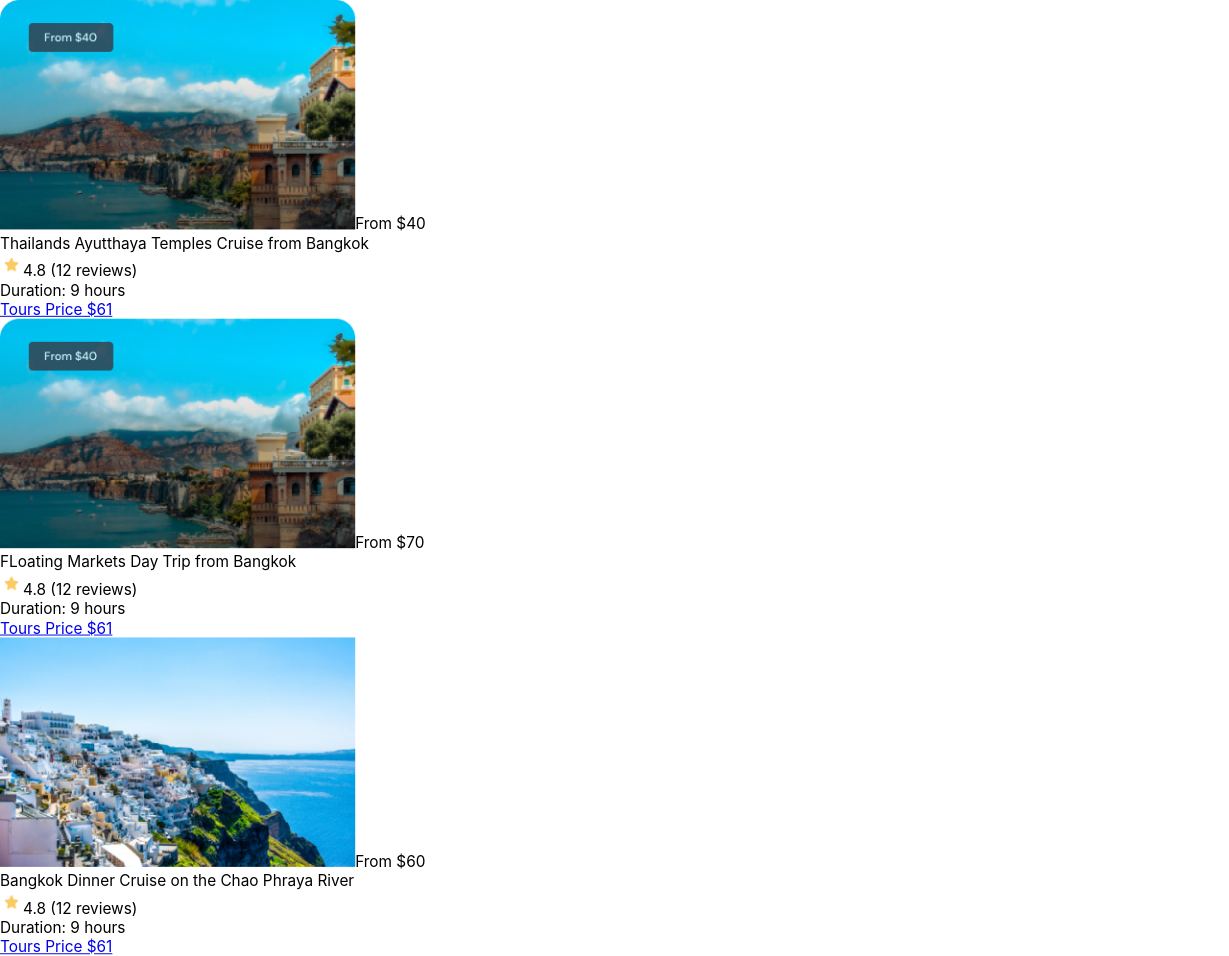
Repository: nguyentuankiet-k61/K_IT-demo
Page: index.html
The author's editor kept a copy of each file at every save. The page is drawn from the files as they stood at one save, then again after the next save.
The browser window is 1280 px wide. The pictures show the whole page, at 96% of full size.
Some web fonts or font styles are not loaded; a fallback is used.

Above is the page before, as saved 2022-09-25 11:31:05.

### index.html
<!DOCTYPE html>
<html lang="en">
<head>
    <meta charset="UTF-8">
    <meta http-equiv="X-UA-Compatible" content="IE=edge">
    <meta name="viewport" content="width=device-width, initial-scale=1.0">
    <title>HTML CSS Master</title>
    <link rel = "preconnect" href = "https://fonts.googleapis.com">
    <link rel = "preconnect" href = "https://fonts.gstatic.com" crossorigin>
    <link href = "https: //fonts.googleapis.com/css2? family = Inter: wght @ 500; 600 & display = swap "rel =" stylesheet ">
    <link rel="stylesheet" href="./CSS/app.css">
</head>
<body>
 <div class="">
    <div class="Tours">
        <div class="Tours_top">
            <img src="./image/img1.png" alt="this_is_image"/>From $40
        </div>
        <div class="Tours_content">

            <div class="Tours_titlle">Thailands Ayutthaya Temples
                Cruise from Bangkok</div>

            <div class="Tours_ratting">
                <div class="Tours_review">
                    <div class="Tours_review_count">
                        <img src="./image/img-star.png" alt="tours-ratting"/>4.8 (12 reviews)
                    </div>
                    <div class="Tours_Duration">Duration: 9 hours</div>
                </div>
            </div>
            <a href="https://www.facebook.com/kutooo" target="noopener noreferrer" class="Tours-botton">Tours Price $61</a></br>
        <div class="Tours_top">
            <img src="./image/img1.png" alt="this_is_image"/>From $70
        </div>
        <div class="Tours_content">
            <div class="Tours_titlle">
                FLoating Markets Day Trip from
                Bangkok
            </div>
            <div class="Tours_ratting">
                <div class="Tours_review_count">
                    <img src="./image/img-star.png" alt="tours-ratting"/>4.8 (12 reviews)

                </div>
                <div class="Tours_Duration">
                    Duration: 9 hours
                </div>
            </div>
            <a href="https://www.facebook.com/kutooo" target="noopener noreferrer" class="Tours_botton">Tours Price $61</a></br>
        </div>
        </div>
        <div class="Tours_top">
            <img src="./image/img3.png" alt="this_is_image"/>From $60
             <div class="Tours_content">
                <div class="Tours_titlle">
                    Bangkok Dinner Cruise on the
                    Chao Phraya River
                </div>
                <div class="Tours_ratting">
                    <div class="Tours_review_count">
                        <img src="./image/img-star.png" alt="tours-ratting"/>4.8 (12 reviews)

                    </div>
                    <div class="Tours_Ducatiom">
                        Duration: 9 hours
                    </div>
                </div>
               <a href="https://www.facebook.com/kutooo" target="noopener noreferrer" class="Tours_botton">Tours Price $61</a>
            </div>
        </div>
    </div>
 </div>
</body>
</html>

### CSS/app.css
*{
    margin: 0;
    padding: 0;
}
body{
    font-family: 'Inter', sans-serif;
}

After the next save:
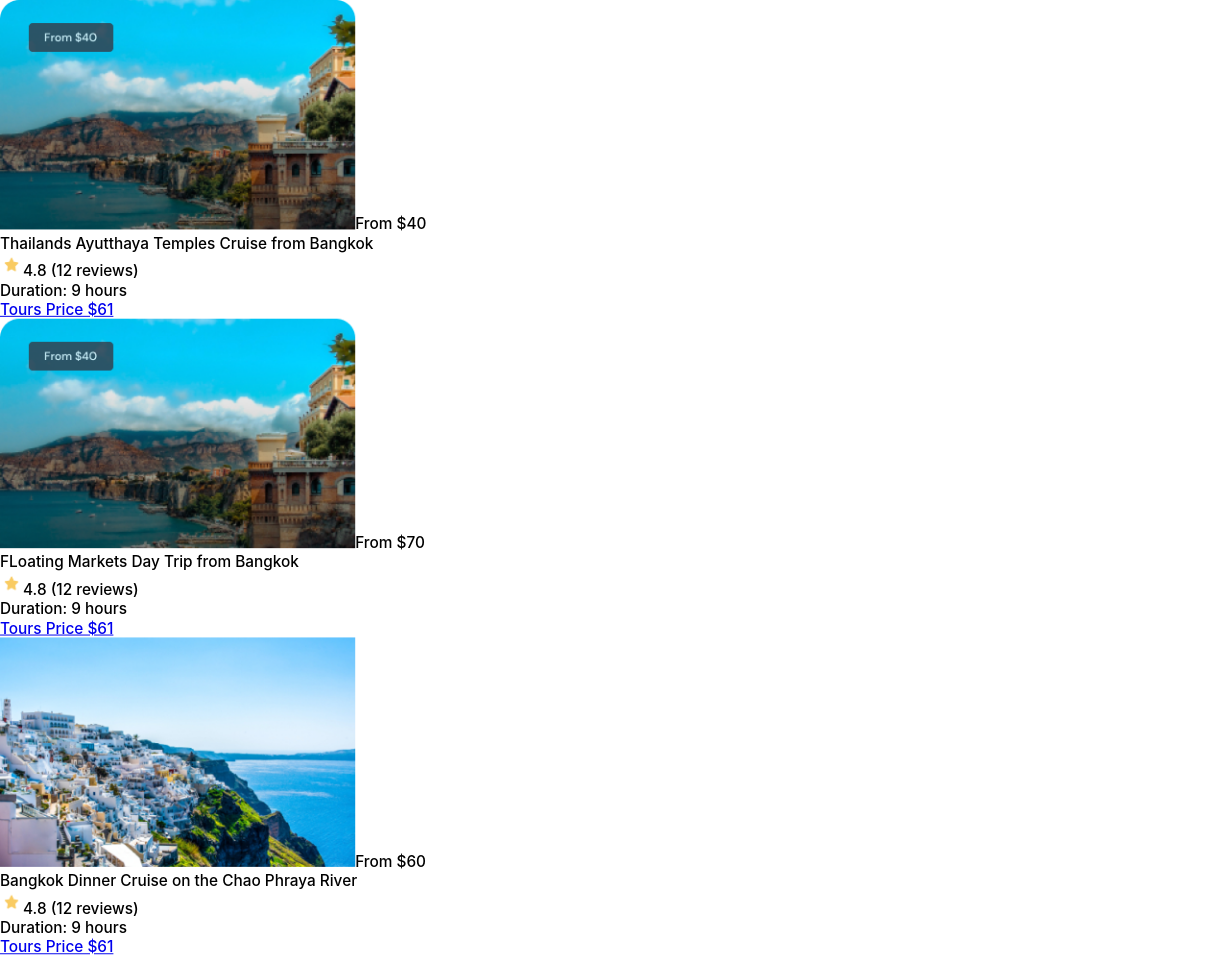
Saved 2 min 16 s later.
--- a/CSS/app.css
+++ b/CSS/app.css
@@ -4,4 +4,5 @@
 }
 body{
     font-family: 'Inter', sans-serif;
+    font-weight: 500;
 }
